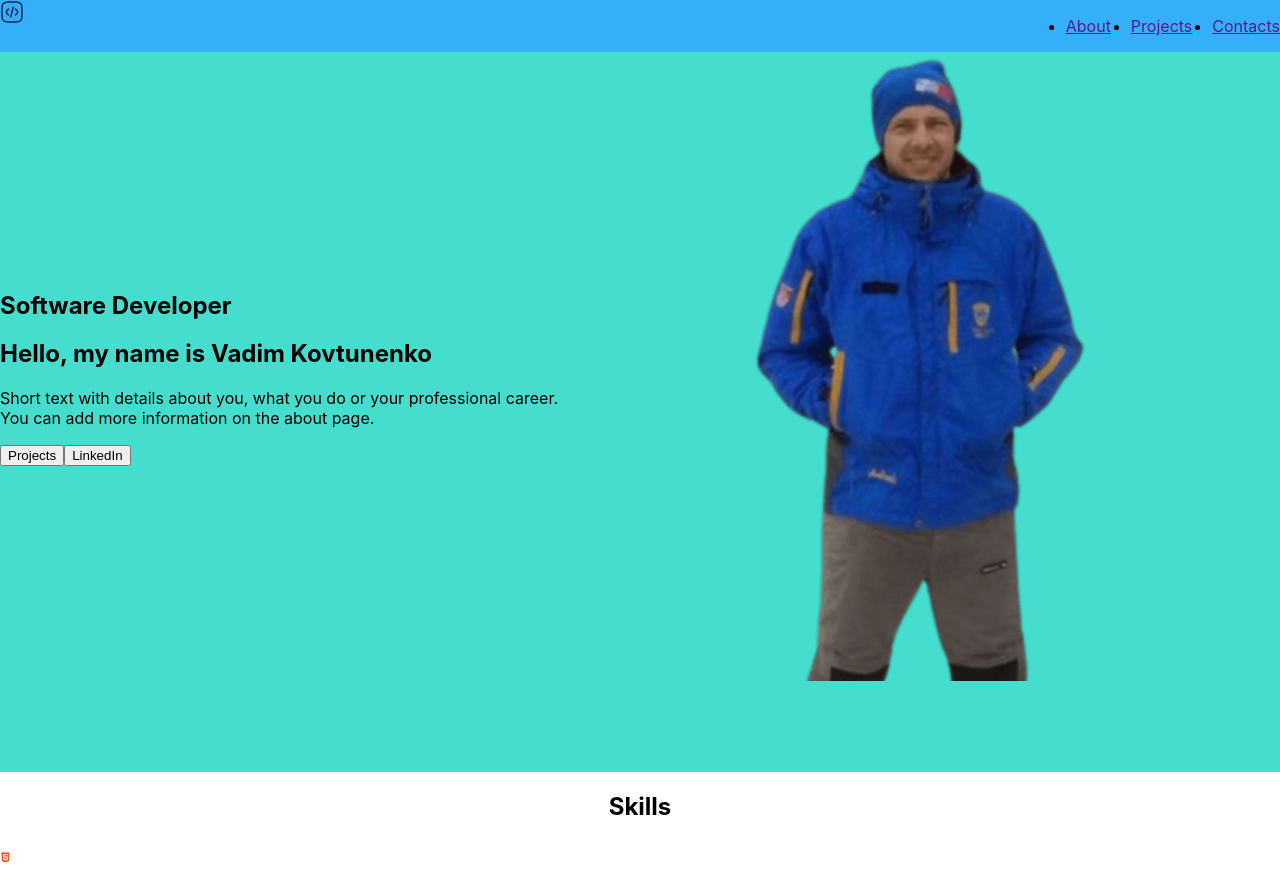
Repository: Vad197779/my-portfolio
Page: /
An editor plug-in stored every save of this project. The page is shown before and after the next save, followed by the edit.
The browser window is 1280 px wide. The pictures show the whole page.
The project was rebuilt for these pictures with package versions that can differ from the ones it lists, and the page was loaded fresh each time. Also part of the build but not shown: src/App.css.

Above is the page before, as saved 2023-09-18 15:45:13.

After the next save:
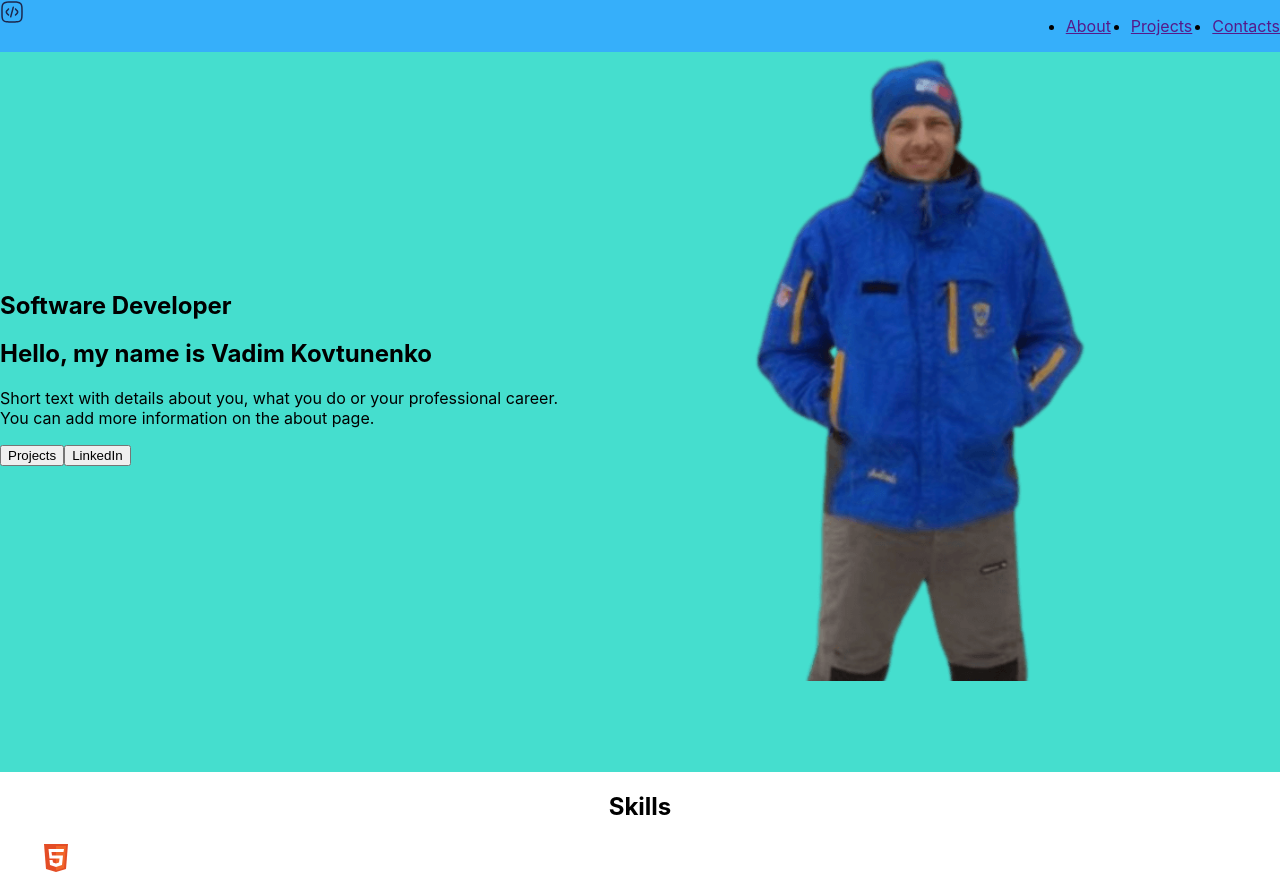
Saved 4 s later.
--- a/src/layout/sections/skills/Skills.tsx
+++ b/src/layout/sections/skills/Skills.tsx
@@ -9,7 +9,7 @@ export const Skills = () => {
     <StyledSkills>
       <SectionTitle>Skills</SectionTitle>
       <FlexWrapper>
-        <Icon iconId={"html"} width={11}/>
+        <Icon iconId={"html"} width={112}/>
       </FlexWrapper>
     </StyledSkills>
   )
